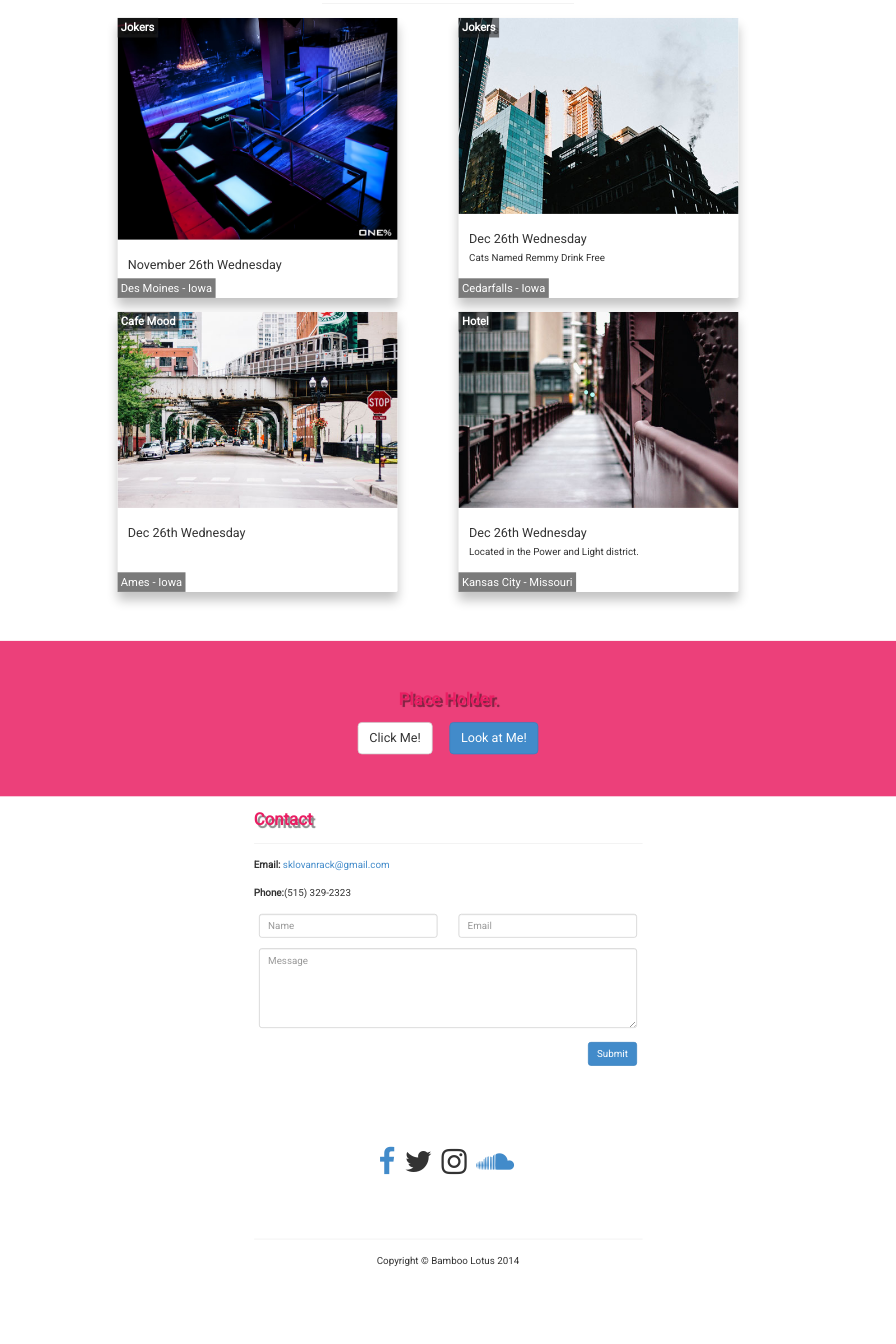
Repository: BambooXLotus/DjSylo
Page: client/index.html
The author's editor kept a record of every edit. The page is drawn from the files as they stood at one moment, then again after the next edit.
The browser window is 1280 px wide. The pictures show the part of the page from y = 2542 to 4462 px (the page is 4462 px tall before and 4424 px after), at 70% of full size.
Some icons come from a web library that is not loaded, so they are not drawn. Backgrounds fixed to the window are drawn as part of the page. Some web libraries are served in a nearby version.

Above is the page before.

After the next edit:
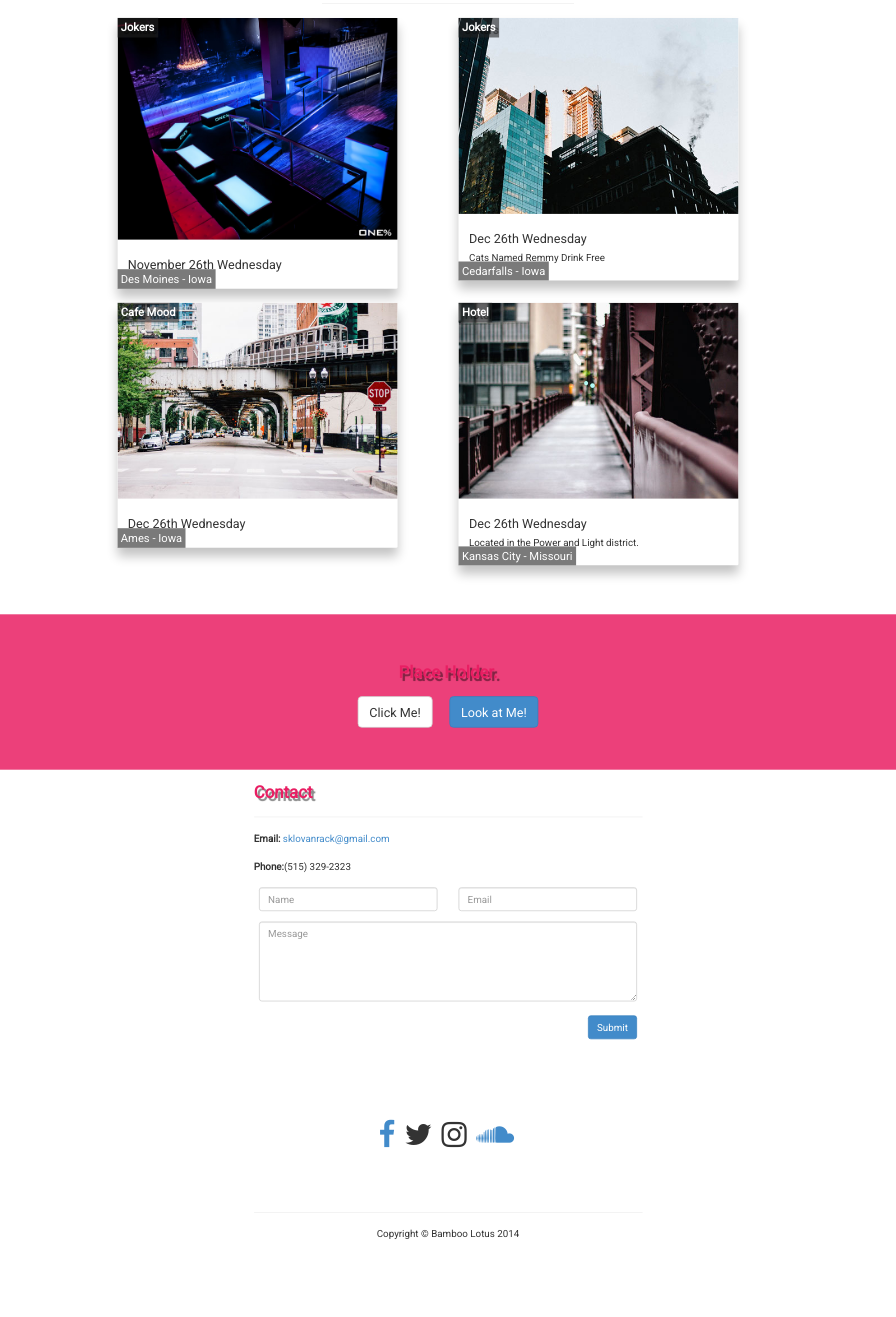
The edit:
--- a/client/css/stylish-portfolio.css
+++ b/client/css/stylish-portfolio.css
@@ -277,9 +277,8 @@
     }
 
     .fixed-card{
-      width: 400px;
-      height: 400px;      width: 400px;
-      height: 400px;
+      max-width: 400px;
+      max-height: 400px;
     }
 
     .panel:hover .panel-title {
